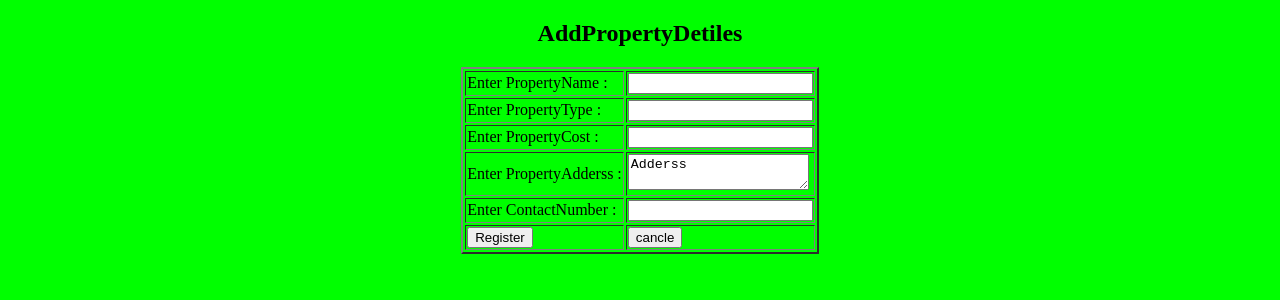
Repository: khadri2021/A2023_Task_Property_Management
Page: http://localhost/AdderssMakersWeb/Add.jsp
The author's editor kept a copy of each file at every save. The page is drawn from the files as they stood at one save, then again after the next save.
The browser window is 1280 px wide. The pictures show the whole page.
The page is served by Tomcat 9.

Above is the page before, as saved 2024-02-11 13:54:28.

After the next save:
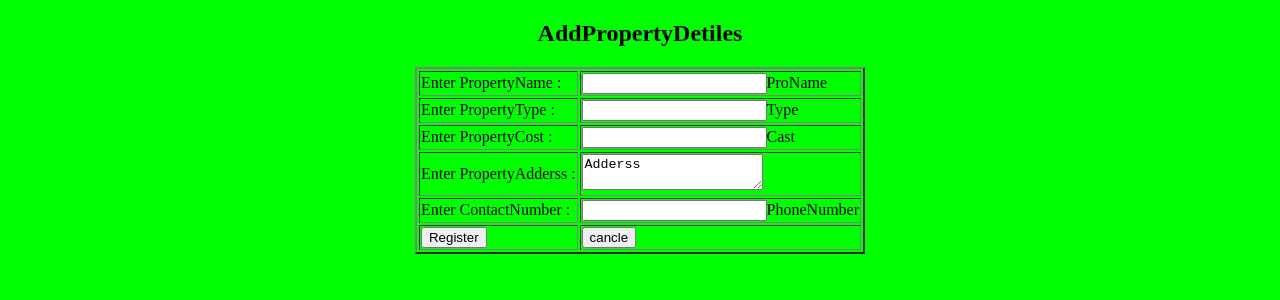
Saved 69 s later.
--- a/AdderssMakersWeb/WebContent/Add.jsp
+++ b/AdderssMakersWeb/WebContent/Add.jsp
@@ -14,17 +14,17 @@
 <table border="2">
 <tr>
 <td>Enter PropertyName :</td>
-<td><input type="text" name="ProName"></td>
+<td><input type="text" name="ProName">ProName</td>
 
 </tr>
 <tr>
 <td>Enter PropertyType :</td>
-<td><input type="text" name="ProType">
+<td><input type="text" name="ProType">Type
 </td>
 </tr>
 <tr>
 <td>Enter PropertyCost :</td>
-<td><input type="number" name="ProCost"></td>
+<td><input type="number" name="ProCost">Cast</td>
 </tr>
 <tr>
 <td>Enter PropertyAdderss :</td>
@@ -32,7 +32,7 @@
 </tr>
 <tr>
 <td>Enter ContactNumber :</td>
-<td><input type="number" name="con"></td>
+<td><input type="number" name="con">PhoneNumber</td>
 </tr>
 <tr><td> <input type="button" value="Register"></td><td> <input type="button" value="cancle"></td></tr>
 
